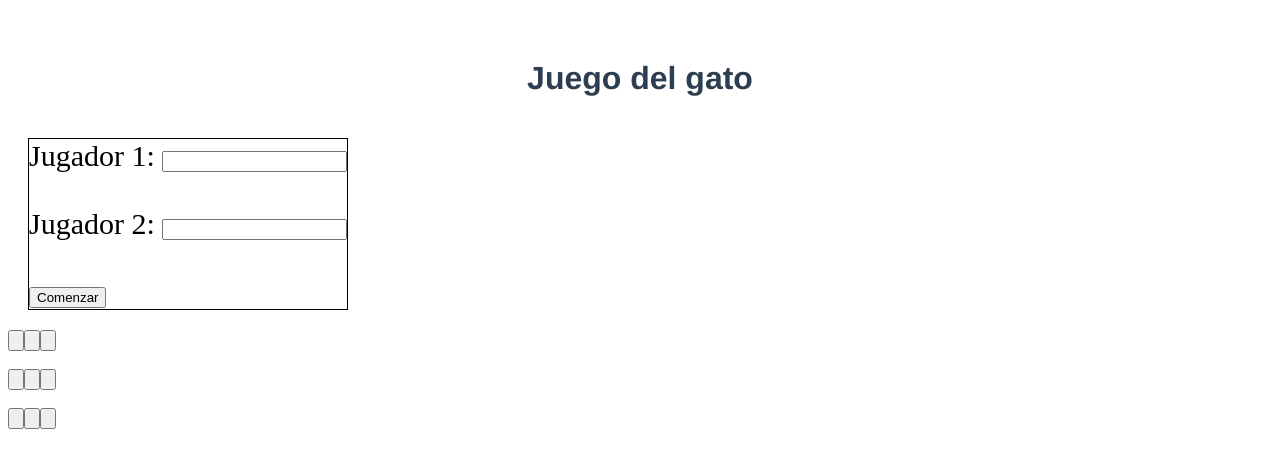
Repository: franciscamanquecheo/Taller-2
Page: / (app in vite-project/)
An editor plug-in stored every save of this project. The page is shown before and after the next save, followed by the edit.
The browser window is 1280 px wide. The pictures show the whole page.
The project was rebuilt for these pictures with package versions that can differ from the ones it lists, and the page was loaded fresh each time. Also part of the build but not shown: vite-project/vite.config.ts.

Above is the page before, as saved 2022-06-17 17:32:03.

### vite-project/src/App.vue
<script setup lang="ts">
// This starter template is using Vue 3 <script setup> SFCs
// Check out https://vuejs.org/api/sfc-script-setup.html#script-setup
import HelloWorld from './components/HelloWorld.vue'
</script>

<template>
 <h1>Juego del gato</h1>
<section>
 <article id="comandos">
  Jugador 1:
  <input type="text" id="jugador1"><br><br>
  Jugador 2:
  <input type="text" id="jugador 2"><br><br>
  <input type="button" id="comenzar" value="Comenzar">
  <label id="TurnoJugador"></label>
 </article>
  <article id="Tablero">
    <input type="button" id="casilla1">
    <input type="button" id="casilla2">
    <input type="button" id="casilla3"><br><br>

    <input type="button" id="casilla4">
    <input type="button" id="casilla5">
    <input type="button" id="casilla6"><br><br>

    <input type="button" id="casilla7">
    <input type="button" id="casilla8">
    <input type="button" id="casilla9">



  </article>











</section>
</template>

<style>
h1 {
  font-family: Avenir, Helvetica, Arial, sans-serif;
  -webkit-font-smoothing: antialiased;
  -moz-osx-font-smoothing: grayscale;
  text-align: center;
  color: #2c3e50;
  margin-top: 60px;
}
article#comandos{
  margin: 20px;
  display: inline-block;
  text-align: left;
  border: 1px solid black;
font-size: 30px;


}
section{
  display: inline-block;
  margin: 0 auto;

  width: 100%;
}
template{
  background-color: #2c3e50;
}
</style>

Loaded but not shown: vite-project/index.html (common file); vite-project/src/main.ts (common file)

After the next save:
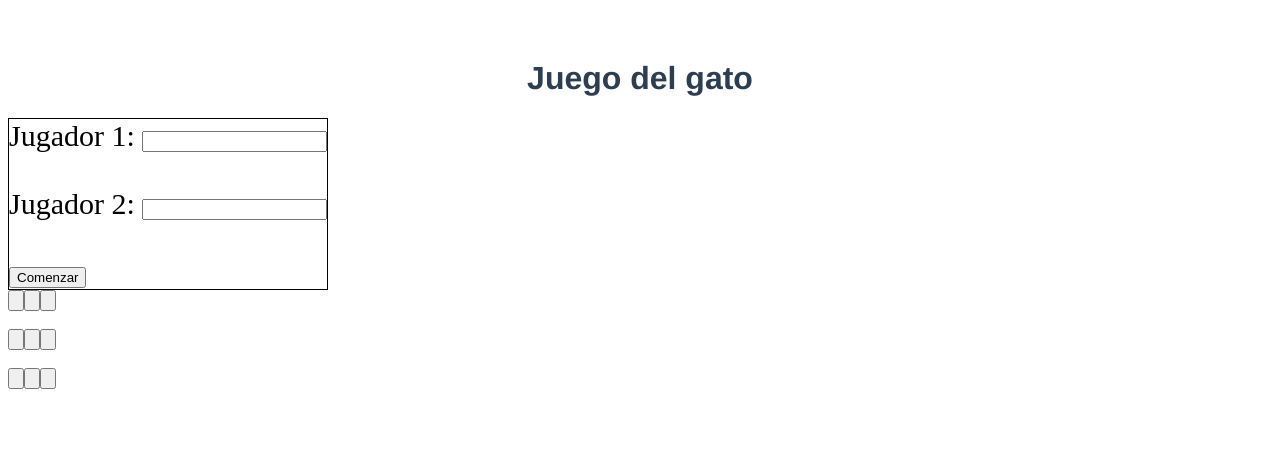
Saved 10 s later.
--- a/vite-project/src/App.vue
+++ b/vite-project/src/App.vue
@@ -55,7 +55,7 @@ h1 {
   margin-top: 60px;
 }
 article#comandos{
-  margin: 20px;
+  border: 2px;
   display: inline-block;
   text-align: left;
   border: 1px solid black;
